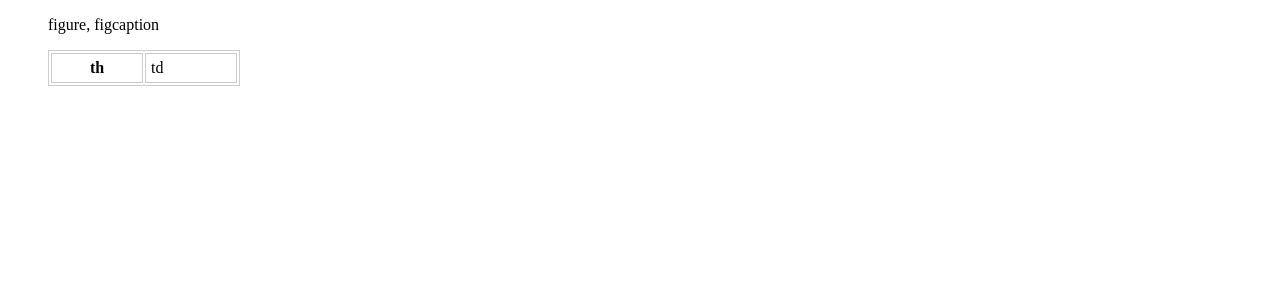
Repository: yeonddu/green_css
Page: web/pro01/songyeonsu/table2.html
The author's editor kept a copy of each file at every save. The page is drawn from the files as they stood at one save, then again after the next save.
The browser window is 1280 px wide. The pictures show the whole page.

Above is the page before, as saved 2022-12-13 07:29:46.

### web/pro01/songyeonsu/table2.html
<!DOCTYPE html>
<html lang="ko">
<head>
<meta charset="utf-8">
<title>Insert title here</title>
<style>
	table, th, td {
		border:1px solid #ccc;
	}
	th, td {
	width:80px;
	padding:5px;
	}
</style>
</head>
<body>
<body>
<figure>
	<figcaption>
		<p>figure, figcaption</p>
	</figcaption>
	<table>
		<tr>
			<th>th</th>
			<td>td</td>
		</tr>
	</table>
</figure>
</body>
</html>

After the next save:
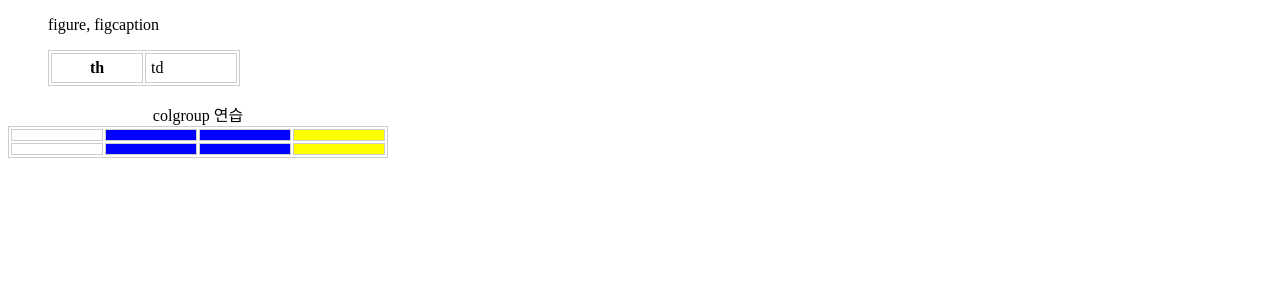
Saved 83 s later.
--- a/web/pro01/songyeonsu/table2.html
+++ b/web/pro01/songyeonsu/table2.html
@@ -26,5 +26,26 @@
 		</tr>
 	</table>
 </figure>
+
+<table border="1">
+		<caption>colgroup 연습</caption>
+		<colgroup>
+			<col>
+			<col span="2" style="background-color:blue;">
+			<col style="background-color:yellow">
+		</colgroup>
+		<tr>
+			<td></td>
+			<td></td>
+			<td></td>
+			<td></td>
+		</tr>
+		<tr>
+			<td></td>
+			<td></td>
+			<td></td>
+			<td></td>
+		</tr>
+	</table>
 </body>
 </html>
